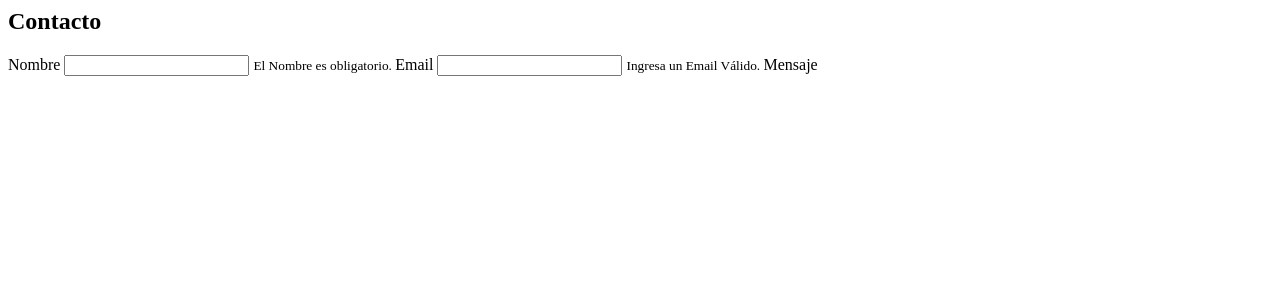
Repository: MatiNicolasur/Academia-de-matematicas
Page: frontend/src/app/pages/contacto/contacto.html
These files come from the project's save history. The page is drawn as it stood at one moment and after the next save; the edit follows.
The browser window is 1280 px wide. The pictures show the whole page.

Above is the page before, as saved 2025-11-13 01:15:59.

### frontend/src/app/pages/contacto/contacto.html
<h2>Contacto</h2>

<form [formGroup]="contactoForm" (ngSubmit)="enviar()">

    <!-- Nombre -->
    <label>Nombre</label>
    <input type="text" formControlName="nombre">
    <small *ngif="enviado && contactoForm.controls['nombre'].invalid">
        El Nombre es obligatorio.
    </small>

    <!-- Email -->
    <label>Email</label>
    <input type="email" formControlName="email">
    <small *ngif="enviado && contactoForm.controls['email'].invalid">
        Ingresa un Email Válido.
    </small>

    <!-- Mensaje -->
    <label>Mensaje</label>

</form>

After the next save:
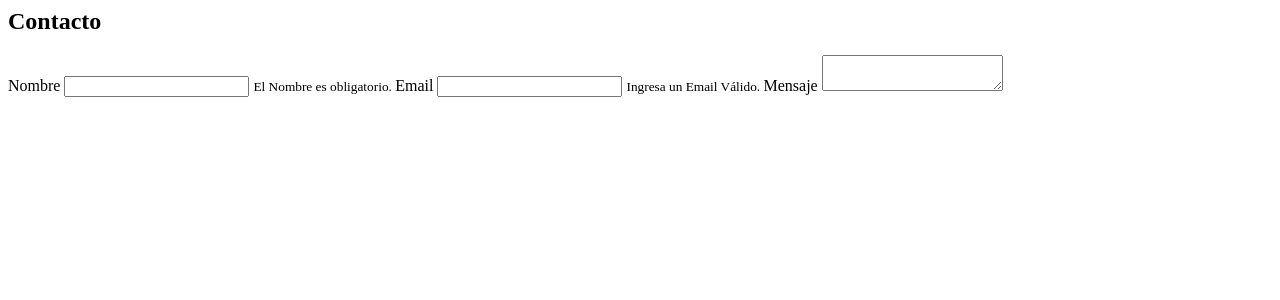
Saved 5 s later.
--- a/frontend/src/app/pages/contacto/contacto.html
+++ b/frontend/src/app/pages/contacto/contacto.html
@@ -18,5 +18,5 @@
 
     <!-- Mensaje -->
     <label>Mensaje</label>
-
+    <textarea
 </form>
